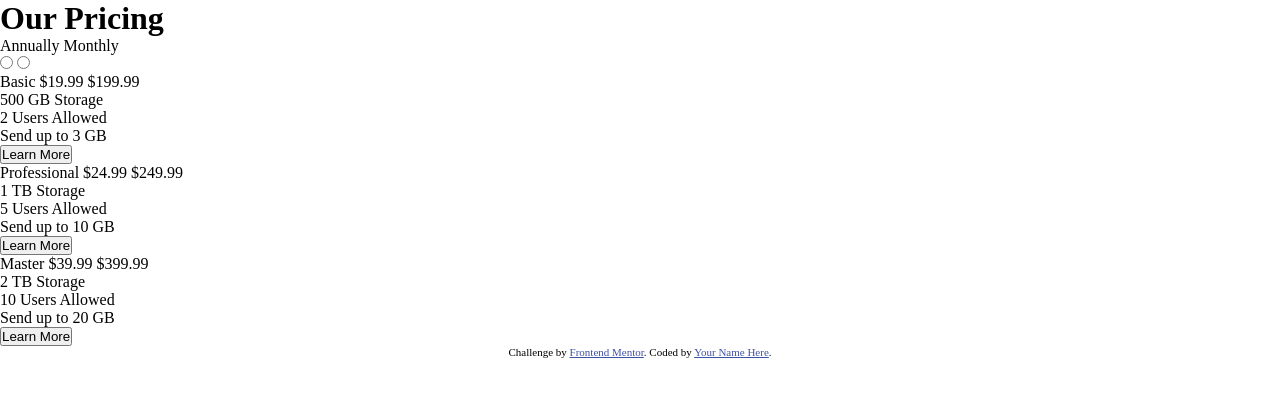
Repository: JuzzJoel/pricing-component-with-toggle-master
Page: index.html
The author's editor kept a copy of each file at every save. The page is drawn from the files as they stood at one save, then again after a run of saves.
The browser window is 1280 px wide. The pictures show the whole page.

Above is the page before, as saved 2025-05-24 07:51:46.

### index.html
<!DOCTYPE html>
<html lang="en">
<head>
  <meta charset="UTF-8">
  <meta name="viewport" content="width=device-width, initial-scale=1.0"> <!-- displays site properly based on user's device -->

  <link rel="icon" type="image/png" sizes="32x32" href="./images/favicon-32x32.png">

  <title>Frontend Mentor | [pricing-component-with-toggle-master]</title>
  <style>
    :root{

--linear-gradient: hsl(236, 72%, 79%) to hsl(237, 63%, 64%);

--clr-pri: hsl(240, 78%, 98%);
--clr-pri-acc: hsl(234, 14%, 74%);
--clr-sec: hsl(233, 13%, 49%);
--clr-sec-acc: hsl(232, 13%, 33%);
    }
*,
*::before,
*::after {
    box-sizing: border-box;
}

* {
    margin: 0;
    padding: 0;
    box-sizing: border-box;
}

    .attribution { font-size: 11px; text-align: center; }
    .attribution a { color: hsl(228, 45%, 44%); }


  </style>
</head>
<body>



  <div class="container">
    <div class="pricing-header">
      <h1>Our Pricing</h1>
      <div class="toggle-box">
        Annually
        Monthly
        <div class="toggle-container">

          <input type="radio" class="pricing" id="price-annnual">
          <label for=""></label>

          <input type="radio" class="pricing" id="price-month">
          <label for=""></label>

          <div class="toggle-slider"></div>
        </div>
      </div>
      <div class="body">
        <div class="content">
          <div class="card">
            <div class="rows-head">Basic
            &dollar;19.99
            &dollar;199.99
          </div>
            <div class="rows">500 GB Storage</div>
            <div class="rows">2 Users Allowed</div>
            <div class="rows">Send up to 3 GB</div>
            <div class="rows"><button>Learn More</button></div>
          </div>
          <div class="card">
            <div class="rows-head">Professional
            &dollar;24.99
            &dollar;249.99
          </div>
            <div class="rows">1 TB Storage</div>
            <div class="rows">5 Users Allowed</div>
            <div class="rows">Send up to 10 GB</div>
            <div class="rows"><button>Learn More</button></div>
          </div>
          <div class="card">
            <div class="rowshead">Master
            &dollar;39.99
            &dollar;399.99</div>
            <div class="rows">2 TB Storage</div>
            <div class="rows">10 Users Allowed</div>
            <div class="rows">Send up to 20 GB</div>
            <div class="rows"><button>Learn More</button></div>
          </div>
        </div>
      </div>
    </div>
  </div>

  <div class="attribution">
    Challenge by <a href="https://www.frontendmentor.io?ref=challenge" target="_blank">Frontend Mentor</a>.
    Coded by <a href="#">Your Name Here</a>.
  </div>
</body>
</html>

After the next 5 saves:
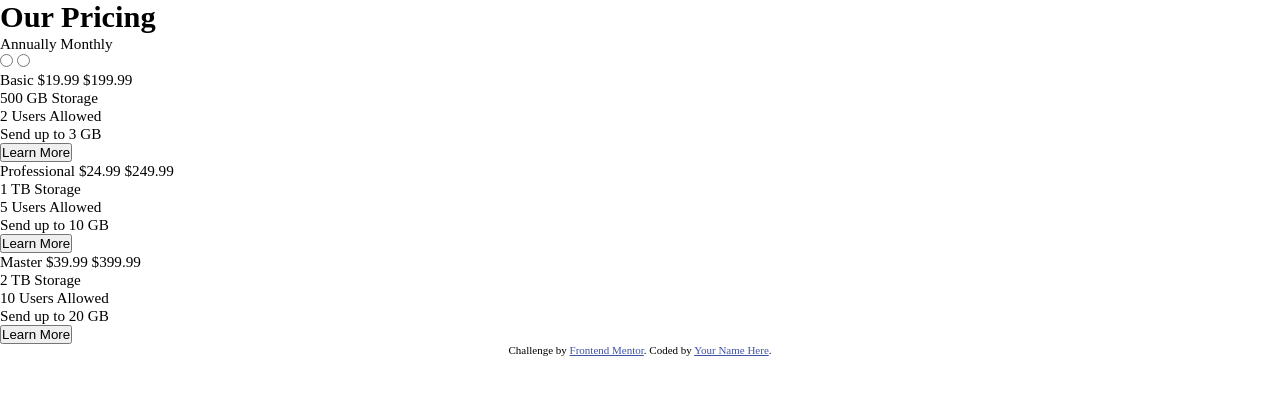
The 5 saves are shown as one change because they came seconds apart.
The last was saved 34 s later.
--- a/index.html
+++ b/index.html
@@ -31,7 +31,9 @@
 
     .attribution { font-size: 11px; text-align: center; }
     .attribution a { color: hsl(228, 45%, 44%); }
-
+body{
+  font-size: 0.95rem;
+}
 
   </style>
 </head>
